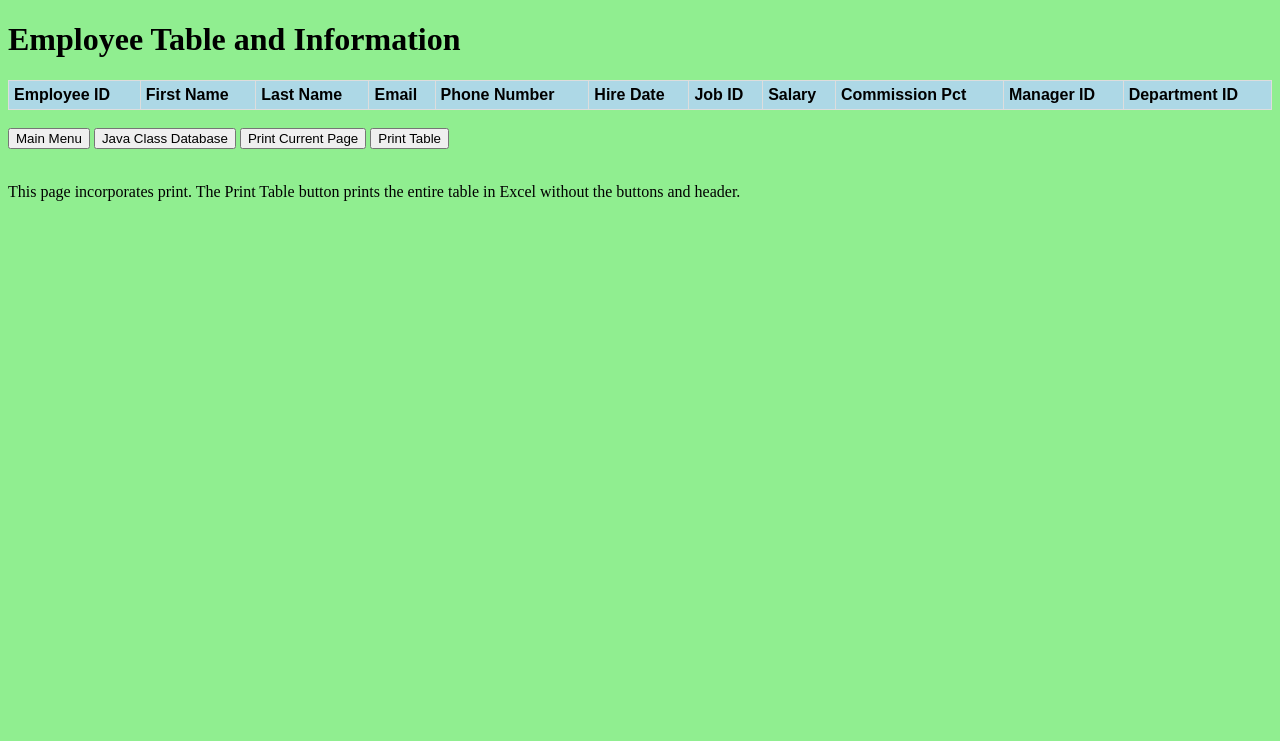
Repository: cohen-e/Demo_Project
Page: http://localhost/Demo_Project/Database.jsp
These files come from the project's save history. The page is drawn as it stood at one moment and after the next save; the edit follows.
The browser window is 1280 px wide. The pictures show the whole page.
The page is served by Tomcat 9. The session is filled in as if someone had signed in: {"user": "testuser", "id": 1}. Queries for data that is not in the repository find no rows.

Above is the page before, as saved 2018-07-02 14:42:46.

After the next save:
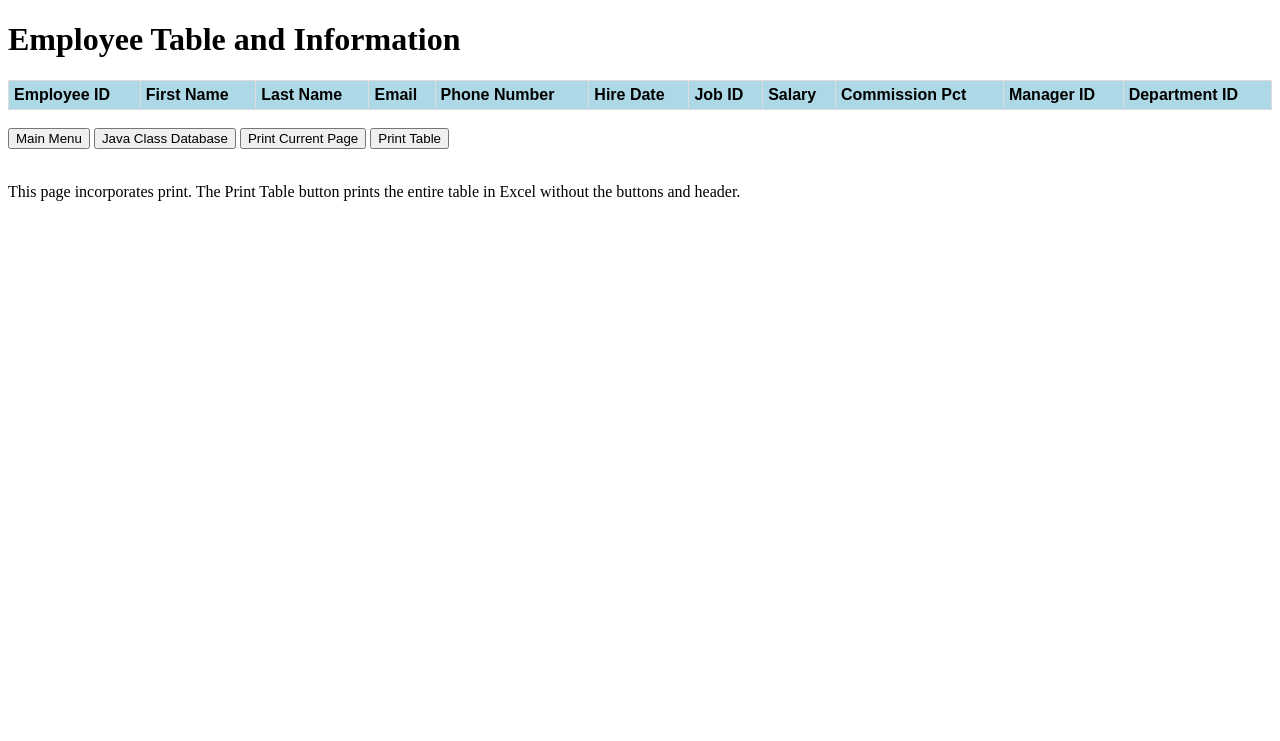
Saved 83 s later.
--- a/Demo_Project/WebContent/css/database1.css
+++ b/Demo_Project/WebContent/css/database1.css
@@ -2,9 +2,6 @@ body, html{
 	height: 100%;
 	}
 
-body{
-	 background-color: lightgreen;
-}
 table {
     font-family: arial;
     border-collapse: collapse;
@@ -15,6 +12,10 @@ td, th, tr {
     text-align: left;
     padding: 5px;
 	}
+
+td{
+	color: lightgreen;
+}
 .page-navigation a {
   margin: 0 2px;
   display: inline-block;
